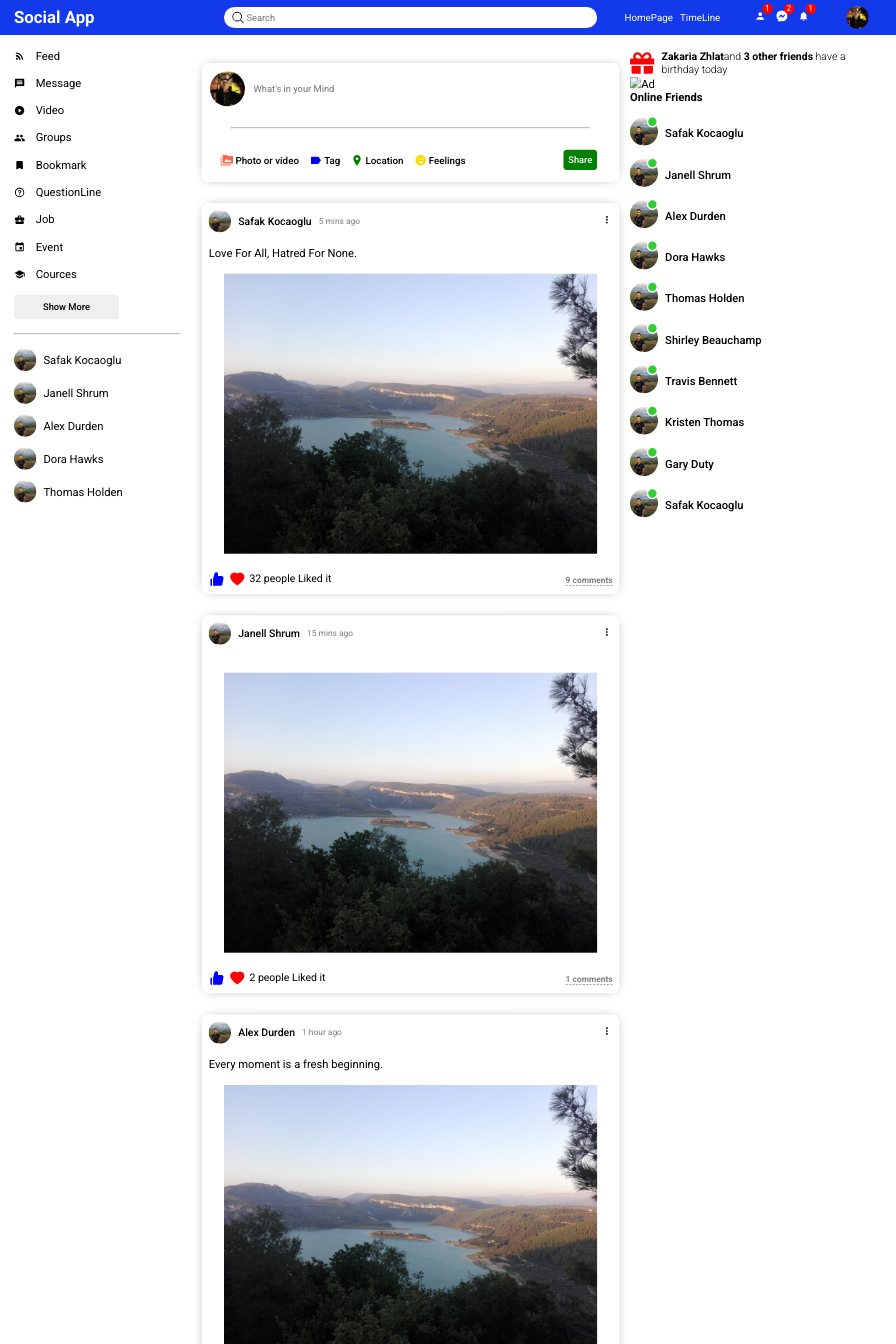
Repository: ZakariaZhlat125/Social-App
Page: /
The author's editor kept a copy of each file at every save. The page is drawn from the files as they stood at one save, then again after the next save.
The browser window is 1280 px wide. The pictures show the part of the page from y = 0 to 1920 px (the page is 6066 px tall before and 6085 px after), at 70% of full size.
The project was rebuilt for these pictures with package versions that can differ from the ones it lists, and the page was loaded fresh each time. Also part of the build but not shown: vite.config.js, src/pages/home/Home.css, src/pages/home/Home.jsx.

Above is the page before, as saved 2023-01-12 01:08:43.

After the next save:
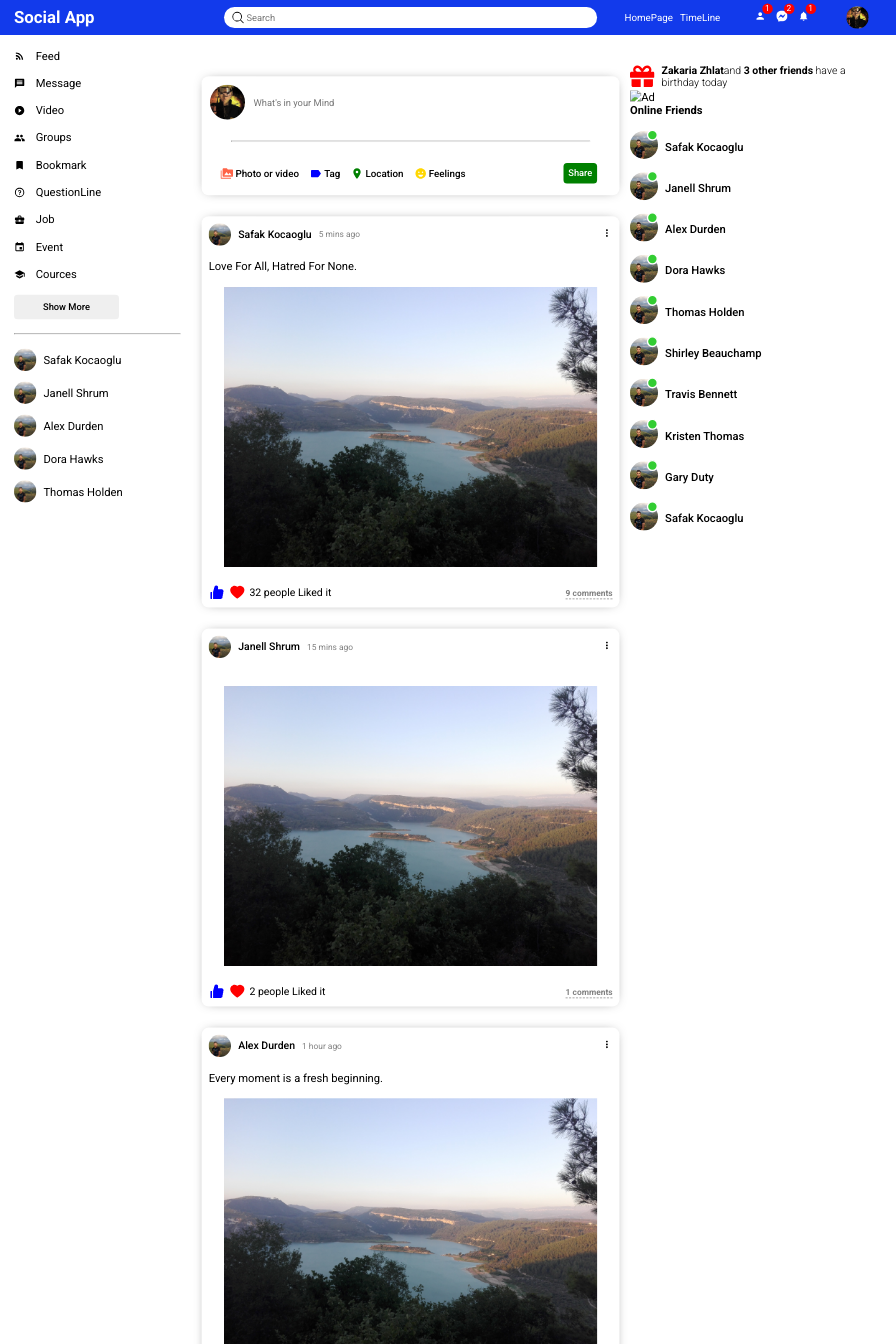
Saved 48 s later.
--- a/src/pages/profile/Profile.jsx
+++ b/src/pages/profile/Profile.jsx
@@ -12,7 +12,9 @@ export default function Profile() {
       <div className="profile">
         <Sidebar />
         <div className="prfileRight">
-          <div className="prfileRightTop"></div>
+          <div className="prfileRightTop">
+            <img src="" alt="" />
+          </div>
           <div className="prfileRightBottom">
             <Feed />
             <Rightbar />
